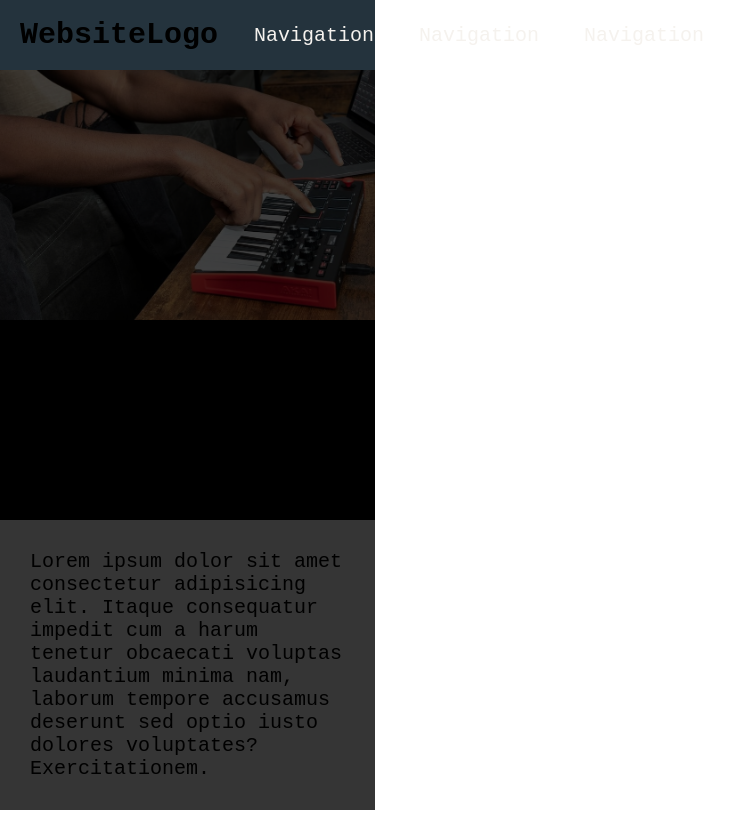
Repository: piotrokrutniak/Projekt-Studia
Page: index.html
The author's editor kept a copy of each file at every save. The page is drawn from the files as they stood at one save, then again after the next save.
The browser window is 375 px wide. The page is 739 px wide, so the pictures cover 739 px, including what lies to the right of the window. The pictures show the whole page.

Above is the page before, as saved 2023-03-04 13:48:55.

After the next save:
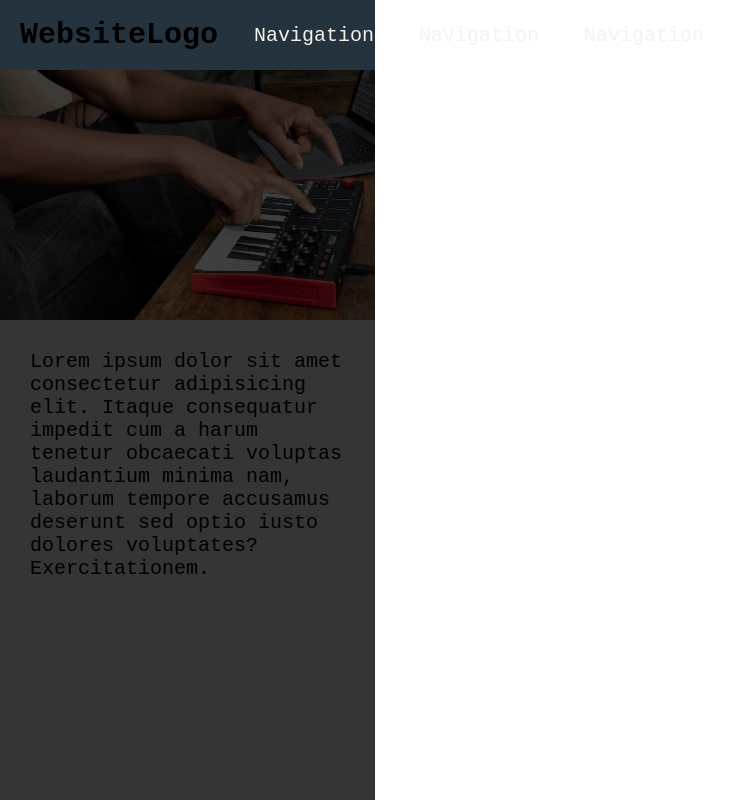
Saved 103 s later.
--- a/styles.css
+++ b/styles.css
@@ -100,7 +100,13 @@ a{
     width: 100%;
     height: 450px;
     background: floralwhite;
+}
 
+@media screen and (max-width:600px){
+    .carousel-section{
+        min-height: 250px;
+        height: auto;
+    }
 }
 
 .carousel-section{
